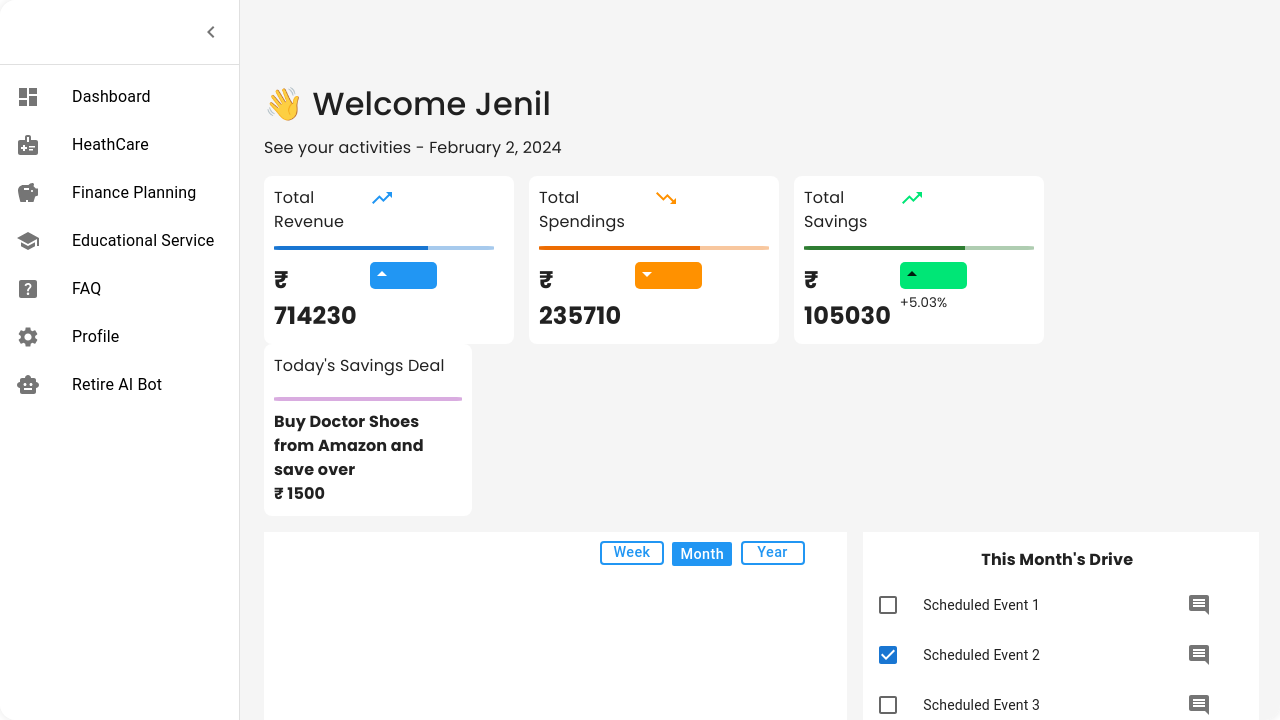
Repository: shubhampirate/Google_Solutions_Edural
Page: /dashboard
The author's editor kept a copy of each file at every save. The page is drawn from the files as they stood at one save, then again after the next save.
The browser window is 1280 px wide. The pictures show the whole page.
The page's requests for data from a server got no answer. An inner scrolling area shows only its first screen. The project was rebuilt for these pictures with package versions that can differ from the ones it lists, and the page was loaded fresh each time. Some packages were replaced by stand-ins written for this rebuild. No one was signed in, and anything a server would have sent is missing. Also part of the build but not shown: src/Components/CustomButton.jsx, src/Components/Navbar.jsx, src/Components/Footer.jsx, src/Components/CongratsCard.jsx, src/pages/Hero/Hero.jsx, src/pages/Sign_in.jsx.

Above is the page before, as saved 2024-02-03 17:23:58.

### src/index.js
import React from "react";
import ReactDOM from "react-dom/client";
import "./index.css";
import { GoogleOAuthProvider } from '@react-oauth/google';
import App from "./App";
import { BrowserRouter } from "react-router-dom";
const root = ReactDOM.createRoot(
    document.getElementById("root"));
root.render(
    <BrowserRouter>
<GoogleOAuthProvider clientId="730379698185-cv7a59sok9sod43v04ee6g6pt4gtaea2.apps.googleusercontent.com">
        {/* <React.StrictMode> */}
            <App />
        {/* </React.StrictMode> */}
    </GoogleOAuthProvider>
    </BrowserRouter>

);

### src/App.jsx
import Hero from "./pages/Hero/Hero";
import Dashboard from "./pages/Dashboard/Dashboard";
import SignIn from "./pages/Sign_in";
import {useState} from "react";
import { Route, Routes } from "react-router-dom";
function App() {
  return (
    <>
      {/* <Hero />   */}
      {/* <SignIn /> */}
      <Routes>
        <Route path="/signin" element={<><SignIn /></>} />
        <Route path="/dashboard" element={<><Dashboard /></>} />
        {/* <Route path="/education" element={<><Education /></>} /> */}
        {/* <Route path="/health" element={<><Health /></>} /> */}
        {/* <Route path="/profile" element={<><Profile /></>} /> */}
        {/* <Route path="/finance" element={<><Finance /></>} /> */}
        {/* <Route path="/questions" element={<><Questions /></>} /> */}
        {/* <Route path="/retireaibot" element={<><Bot /></>} /> */}
        <Route path="/" element={<><Hero /></>} />
      </Routes>
         </>
  );
}

export default App;

### src/pages/Dashboard/Dashboard.jsx
import * as React from 'react';
import { styled, createTheme, ThemeProvider } from '@mui/material/styles';
import CssBaseline from '@mui/material/CssBaseline';
import MuiDrawer from '@mui/material/Drawer';
import Box from '@mui/material/Box';
import MuiAppBar from '@mui/material/AppBar';
import Toolbar from '@mui/material/Toolbar';
import {
  LinearProgress, ListItem, CircularProgress, Checkbox, ListItemText, Dialog, DialogActions, DialogContent,
  DialogContentText, DialogTitle, ListItemIcon, ListItemButton
} from '@mui/material';
import TrendingUpIcon from '@mui/icons-material/TrendingUp';
// import { PieChart } from '@mui/x-charts/PieChart';
// import { useDrawingArea } from '@mui/x-charts/hooks';
import TrendingDownIcon from '@mui/icons-material/TrendingDown';
import List from '@mui/material/List';
import Divider from '@mui/material/Divider';
import IconButton from '@mui/material/IconButton';
import ArrowDropUpIcon from '@mui/icons-material/ArrowDropUp';
import ArrowDropDownIcon from '@mui/icons-material/ArrowDropDown';
import Grid from '@mui/material/Grid';
import MenuIcon from '@mui/icons-material/Menu';
import ChevronLeftIcon from '@mui/icons-material/ChevronLeft';
import { mainListItems } from '../../Components/listItems';
import axios from 'axios';
import Button from '@mui/material/Button';
import CommentIcon from '@mui/icons-material/Comment';
import Swal from 'sweetalert2';
import { useState } from 'react';
import { useEffect } from 'react';
// import { Bar } from "react-chartjs-2";
// import { BarElement, CategoryScale, Chart as ChartJS, Legend, LinearScale, Title, Tooltip } from "chart.js";
// import GoogleTranslateComponent from '../../Components/GoogleTranslateComponent';
// import csacc from "../../media/csacc.png"
// import creditscoremodel from "../../media/creditscoremodel.png"
// import creditflow from "../../media/creditflowchart.png"
// ChartJS.register(CategoryScale, LinearScale, BarElement, Title, Tooltip, Legend);

const drawerWidth = 240;

const AppBar = styled(MuiAppBar, {
  shouldForwardProp: (prop) => prop !== 'open',
})(({ theme, open }) => ({
  zIndex: theme.zIndex.drawer + 1,
  transition: theme.transitions.create(['width', 'margin'], {
    easing: theme.transitions.easing.sharp,
    duration: theme.transitions.duration.leavingScreen,
  }),
  ...(open && {
    marginLeft: drawerWidth,
    width: `calc(100% - ${drawerWidth}px)`,
    transition: theme.transitions.create(['width', 'margin'], {
      easing: theme.transitions.easing.sharp,
      duration: theme.transitions.duration.enteringScreen,
    }),
  }),
}));

const Drawer = styled(MuiDrawer, { shouldForwardProp: (prop) => prop !== 'open' })(
  ({ theme, open }) => ({
    '& .MuiDrawer-paper': {
      position: 'relative',
      whiteSpace: 'nowrap',
      width: drawerWidth,
      transition: theme.transitions.create('width', {
        easing: theme.transitions.easing.sharp,
        duration: theme.transitions.duration.enteringScreen,
      }),
      boxSizing: 'border-box',
      ...(!open && {
        overflowX: 'hidden',
        transition: theme.transitions.create('width', {
          easing: theme.transitions.easing.sharp,
          duration: theme.transitions.duration.leavingScreen,
        }),
        width: theme.spacing(7),
        [theme.breakpoints.up('sm')]: {
          width: theme.spacing(9),
        },
      }),
    },
  }),
);

var currentDate = new Date();

var months = [
  "January", "February", "March", "April", "May", "June",
  "July", "August", "September", "October", "November", "December"
];

var formattedDate = months[currentDate.getMonth()] + " " + currentDate.getDate() + ", " + currentDate.getFullYear();

const defaultTheme = createTheme();

export default function Dashboard() {
  const [open, setOpen] = React.useState(true);
  const toggleDrawer = () => {
    setOpen(!open);
  };

  const [expensedata, setExpensedata] = useState([])

  useEffect(() => {
    loadList();
  }, []);


  const loadList = async () => {
    const result = await axios.get(`https://wixstocle.pythonanywhere.com/api/expense/`, {
      headers: { "Authorization": `Token 11c868750d92deda81638c5a9a59177bdc7ae41a` },
    });
    console.log(result.data.data);
    setExpensedata(result.data.data);
  }

  const getLabels = () => expensedata.slice(-5).map(data => data.date);

  const getData = (key) => expensedata.slice(-5).map(data => data[key]);

  const optionsexpense = {
    indexAxis: 'x',
    elements: {
      bar: {
        borderWidth: 0,
      },
    },
    responsive: true,
    interaction: {
      mode: 'index',
      intersect: false,
    },
    scales: {
      x: {
        stacked: false,
      },
      y: {
        stacked: false,
      },
    },
    plugins: {
      legend: {
        position: 'top',
      }
    },
  };

  const dataexpense = {
    labels: getLabels(),
    datasets: [
      {
        label: 'Revenue',
        data: getData('income'),
        backgroundColor: '#2196f3',
      },
      {
        label: 'Spendings',
        data: getData('expense'),
        backgroundColor: '#ff9100',
      },
      {
        label: 'Savings',
        data: getData('savings'),
        backgroundColor: '#00e676',
      },
    ],
  };

  const today = new Date();
  const year = today.getFullYear();
  const month = String(today.getMonth() + 1).padStart(2, '0'); // Months are zero-based
  const day = String(today.getDate()).padStart(2, '0');

  const todayDate = `${year}-${month}-${day}`;

  const [userData, setUserData] = React.useState({
    income: '',
    savings: '',
    expense: '',
    date: todayDate,
    user: "tony@gmail.com"
  });

  const handleChangePlan = (field, value) => {
    setUserData((prevData) => ({ ...prevData, [field]: value }));
  };
  const creditscore = 87.4;

  const handlePostData = () => {
    console.log(userData);
    fetch(`https://wixstocle.pythonanywhere.com/api/expense/`, {
      method: 'POST',
      headers: {
        "Authorization": `Token 11c868750d92deda81638c5a9a59177bdc7ae41a`,
        'Content-Type': 'application/json',
      },
      body: JSON.stringify(userData),
    })
      .then((response) => response.json())
      .then((data) => {
        // console.log(data);
        if (data.status == true) {
          Swal.fire({
            icon: 'success',
            title: 'Successfully Saved the details',
            showConfirmButton: false,
            timer: 3000
          })
          setExpensedata([...expensedata, userData]);
        }
        else {
          Swal.fire({
            icon: 'error',
            title: data.message,
            showConfirmButton: false,
            timer: 3000
          })
        }
      });
  };


//   function PieCenterLabel({ children }) {
//     const { width, height, left, top } = useDrawingArea();
//     return (
//       <StyledText x={left + width / 2} y={top + height / 2}>
//         {children}
//       </StyledText>
//     );
//   }

  const [checked, setChecked] = React.useState([1]);

  const handleToggle = (value) => () => {
    const currentIndex = checked.indexOf(value);
    const newChecked = [...checked];

    if (currentIndex === -1) {
      newChecked.push(value);
    } else {
      newChecked.splice(currentIndex, 1);
    }

    setChecked(newChecked);
  };

//   const [openDia, setOpenDia] = useState(false);
//   const handleClickOpenDia = () => { setOpenDia(true); };
//   const handleCloseDia = () => { setOpenDia(false); };


  return (
    <ThemeProvider theme={defaultTheme}>
      <Box sx={{ display: 'flex', borderRadius: '16px', overflow: 'hidden', boxShadow: '0px 0px 10px rgba(0, 0, 0, 0.1)' }} >
        <CssBaseline />
        <AppBar position="absolute" open={open} sx={{ backgroundColor: "whitesmoke", boxShadow: 'none' }}>
          <Toolbar
            sx={{
              pr: '24px', // keep right padding when drawer closed
              display: 'flex',
              alignItems: 'center',
              justifyContent: 'space-between',
            }}>
            <Box sx={{ display: 'flex', alignItems: 'center' }}>
              <IconButton
                edge="start"
                aria-label="open drawer"
                onClick={toggleDrawer}
                sx={{
                  marginRight: '36px',
                  ...(open && { display: 'none' }),
                  backgroundColor: "#fff"
                }}>
                <MenuIcon />
              </IconButton>
            </Box>
          </Toolbar>
        </AppBar>
        <Drawer variant="permanent" open={open}>
          <Toolbar
            sx={{
              display: 'flex',
              alignItems: 'center',
              justifyContent: 'flex-end',
              px: [1],
            }}
          >
            {/* <GoogleTranslateComponent /> */}
            <IconButton onClick={toggleDrawer}>
              <ChevronLeftIcon />
            </IconButton>
          </Toolbar>
          <Divider />
          <List component="nav">
            {mainListItems}
          </List>
        </Drawer>
        <Box
          component="main"
          sx={{
            backgroundColor: (theme) =>
              theme.palette.mode === 'light'
                ? theme.palette.grey[100]
                : theme.palette.grey[900],
            flexGrow: 1,
            height: '100vh',
            overflow: 'auto',
          }}>
          <Toolbar />
          <Grid container spacing={2} marginTop="0.02rem" paddingLeft={3} paddingRight={2}>
            <Grid item xs={12}>
              <div style={{ fontSize: "2rem", fontWeight: "500" }}>👋 Welcome Jenil</div>
            </Grid>
            <Grid item xs={12} marginTop="-0.5rem">
              <div>See your activities - {formattedDate} </div>
            </Grid>
          </Grid>
          <Grid container spacing={2} marginTop="1rem" paddingLeft={5} paddingRight={2}>
            <Grid item xs={12} md={3} style={{ backgroundColor: "white", padding: "10px", marginRight: "15px", borderRadius: "0.5rem" }}>
              <Grid item xs={12}>
                <Grid container>
                  <Grid item xs={5}><div>Total Revenue</div></Grid>
                  <Grid item xs={4}><TrendingUpIcon sx={{ color: "#2196f3" }} /></Grid>
                </Grid>
                <Grid item xs={12}>
                  <LinearProgress variant="determinate" value={70} sx={{ color: "#2196f3", borderRadius: "10%", margin: "12px 10px 12px 0px" }} />
                </Grid>
                <Grid item xs={12}>
                  <Grid container>
                    <Grid item xs={5}>
                      {!loadList ? <><div style={{ fontSize: "1.5rem", fontWeight: "550" }}>
                        ₹ {expensedata[0].income + expensedata[1].income + expensedata[2].income + expensedata[3].income + expensedata[4].income + expensedata[5].income}</div>
                      </> : <div style={{ fontSize: "1.5rem", fontWeight: "550" }}>₹ 714230</div>}
                    </Grid>
                    <Grid item xs={3.5} style={{ backgroundColor: "#2196f3", color: "white", borderRadius: "5px", height: "1.65rem" }}>
                      <ArrowDropUpIcon /> <sup>+3.17%</sup>
                    </Grid>
                  </Grid>
                </Grid>
              </Grid>
            </Grid>
            <Grid item xs={12} md={3} style={{ backgroundColor: "white", padding: "10px", marginRight: "15px", borderRadius: "0.5rem" }}>
              <Grid item xs={12}>
                <Grid container>
                  <Grid item xs={6}><div>Total Spendings</div></Grid>
                  <Grid item xs={4}><TrendingDownIcon sx={{ color: "#ff9100" }} /></Grid>
                </Grid>
                <Grid item xs={12}>
                  <LinearProgress variant="determinate" value={70} color='warning' sx={{ borderRadius: "10%", margin: "12px 0px" }} />
                </Grid>
                <Grid item xs={12}>
                  <Grid container>
                    <Grid item xs={5}>
                      {!loadList ? <><div style={{ fontSize: "1.5rem", fontWeight: "550" }}>
                        ₹ {expensedata[0].income + expensedata[1].income + expensedata[2].income + expensedata[3].income + expensedata[4].income + expensedata[5].income}</div>
                      </> : <div style={{ fontSize: "1.5rem", fontWeight: "550" }}>₹ 235710</div>}
                    </Grid>
                    <Grid item xs={3.5} style={{ backgroundColor: "#ff9100", color: "white", borderRadius: "5px", height: "1.65rem" }}>
                      <ArrowDropDownIcon /> <sup>+3.17%</sup>
                    </Grid>
                  </Grid>
                </Grid>
              </Grid>
            </Grid>
            <Grid item xs={12} md={3} style={{ backgroundColor: "white", padding: "10px", marginRight: "15px", borderRadius: "0.5rem" }}>
              <Grid item xs={12}>
                <Grid container>
                  <Grid item xs={5}><div>Total Savings</div></Grid>
                  <Grid item xs={4}><TrendingUpIcon sx={{ color: "#00e676" }} /></Grid>
                </Grid>
                <Grid item xs={12}>
                  <LinearProgress variant="determinate" value={70} color="success" style={{ borderRadius: "10%", margin: "12px 0px" }} />
                </Grid>
                <Grid item xs={12}>
                  <Grid container>
                    <Grid item xs={5}>
                      {!loadList ? <><div style={{ fontSize: "1.5rem", fontWeight: "550" }}>
                        ₹ {expensedata[0].income + expensedata[1].income + expensedata[2].income + expensedata[3].income + expensedata[4].income + expensedata[5].income}</div>
                      </> : <div style={{ fontSize: "1.5rem", fontWeight: "550" }}>₹ 105030</div>}
                    </Grid>
                    <Grid item xs={3.5} style={{ backgroundColor: "#00e676", borderRadius: "5px", height: "1.65rem" }}>
                      <ArrowDropUpIcon /> <sup>+5.03%</sup>
                    </Grid>
                  </Grid>
                </Grid>
              </Grid>
            </Grid>
            <Grid item xs={12} md={2.5} style={{ backgroundColor: "white", padding: "10px", borderRadius: "0.5rem" }}>
              <Grid container spacing={2}>
                <Grid item xs={12}>Today's Savings Deal</Grid>
                <Grid item xs={12}>
                  <LinearProgress variant="determinate" value={0} color='secondary' sx={{ borderRadius: "10%", margin: "3px 0px" }} />
                </Grid>
                <Grid item xs={12} sx={{ fontWeight: "550", marginTop: "-10px" }}>Buy Doctor Shoes from Amazon and save over <br />₹ 1500</Grid>
              </Grid>
            </Grid>
          </Grid>
          <Grid container spacing={2} marginTop="1rem" paddingLeft={5} paddingRight={2} marginBottom={2}>
            <Grid item xs={7} sx={{ backgroundColor: "white", padding: "5px", marginRight: "1rem" }}>
              <Grid container spacing={2} padding={1}>
                <Grid xs={7}></Grid>
                <Grid xs={1.5}><Button style={{
                  borderColor: "#2196f3", color: "#2196f3", height: "1.5rem", textTransform: "capitalize",
                  fontSize: "0.9rem", border: "2px solid", textAlign: "left"
                }}>Week</Button></Grid>
                <Grid xs={1.5}><Button style={{
                  backgroundColor: "#2196f3", color: "white", height: "1.75rem", textTransform: "capitalize",
                  fontSize: "0.9rem", border: "2px solid", textAlign: "left"
                }}>Month</Button></Grid>
                <Grid xs={1}><Button style={{
                  borderColor: "#2196f3", color: "#2196f3", height: "1.5rem", textTransform: "capitalize",
                  fontSize: "0.9rem", border: "2px solid", textAlign: "left"
                }}>Year</Button></Grid>
                <Grid xs={12} marginTop={2}>
                  {/* <Bar options={optionsexpense} data={dataexpense} /> */}
                </Grid>
              </Grid>
            </Grid>
            <Grid item xs={4.75} >
              <Grid container spacing={2} >

                <Grid item xs={12}>
                  <Grid container spacing={2} sx={{ backgroundColor: "white", marginBottom: "0.5rem" }}>
                    <Grid item xs={12} style={{ textAlign: "center", marginLeft: "-0.75rem", fontWeight: "600" }}>This Month's Drive</Grid>
                    <List sx={{ width: '100%', maxWidth: 360, bgcolor: 'background.paper' }}>
                      {[0, 1, 2].map((value) => {
                        const labelId = `checkbox-list-label-${value}`;
                        return (
                          <ListItem
                            key={value}
                            secondaryAction={
                              <IconButton edge="end" aria-label="comments">
                                <CommentIcon />
                              </IconButton>
                            }
                            disablePadding
                          >
                            <ListItemButton role={undefined} onClick={handleToggle(value)} dense>
                              <ListItemIcon>
                                <Checkbox
                                  edge="start"
                                  checked={checked.indexOf(value) !== -1}
                                  tabIndex={-1}
                                  disableRipple
                                  inputProps={{ 'aria-labelledby': labelId }}
                                />
                              </ListItemIcon>
                              <ListItemText id={labelId} style={{ marginLeft: "-0.75rem" }} primary={`Scheduled Event ${value + 1}`} />
                            </ListItemButton>
                          </ListItem>
                        );
                      })}
                    </List>
                  </Grid>
                </Grid>
              </Grid>
            </Grid>
          </Grid>

        </Box>
      </Box >
    </ThemeProvider >
  );
}

### src/Components/listItems.jsx
import * as React from 'react';
import ListItemButton from '@mui/material/ListItemButton';
import ListItemIcon from '@mui/material/ListItemIcon';
import ListItemText from '@mui/material/ListItemText';
import DashboardIcon from '@mui/icons-material/Dashboard';
import MedicalInformationIcon from '@mui/icons-material/MedicalInformation';
import SavingsIcon from '@mui/icons-material/Savings';
import SchoolIcon from '@mui/icons-material/School';
import HelpCenterIcon from '@mui/icons-material/HelpCenter';
import SettingsIcon from '@mui/icons-material/Settings';
import SmartToyIcon from '@mui/icons-material/SmartToy';
import { Link } from 'react-router-dom';
// import GoogleTranslateComponent from './GoogleTranslateComponent';


export const mainListItems = (
  <>
    <React.Fragment>
      <Link to="/dashboard" style={{ textDecoration: "none", color: "black" }}>
        <ListItemButton>
          <ListItemIcon>
            <DashboardIcon />
          </ListItemIcon>
          <ListItemText primary="Dashboard" />
        </ListItemButton>
      </Link>
      <Link to="/health" style={{ textDecoration: "none", color: "black" }}>
        <ListItemButton>
          <ListItemIcon>
            <MedicalInformationIcon />
          </ListItemIcon>
          <ListItemText primary="HeathCare" />
        </ListItemButton>
      </Link>
      <Link to="/finance" style={{ textDecoration: "none", color: "black" }}>
        <ListItemButton>
          <ListItemIcon>
            <SavingsIcon />
          </ListItemIcon>
          <ListItemText primary="Finance Planning" />
        </ListItemButton>
      </Link>
      <Link to="/education" style={{ textDecoration: "none", color: "black" }}>
        <ListItemButton>
          <ListItemIcon>
            <SchoolIcon />
          </ListItemIcon>
          <ListItemText primary="Educational Service" />
        </ListItemButton>
      </Link>
      <Link to="/questions" style={{ textDecoration: "none", color: "black" }}>
        <ListItemButton>
          <ListItemIcon>
            <HelpCenterIcon />
          </ListItemIcon>
          <ListItemText primary="FAQ" />
        </ListItemButton>
      </Link>
      <Link to="/profile" style={{ textDecoration: "none", color: "black" }}>
        <ListItemButton>
          <ListItemIcon>
            <SettingsIcon />
          </ListItemIcon>
          <ListItemText primary="Profile" />
        </ListItemButton>
      </Link>
      <Link to="/retireaibot" style={{ textDecoration: "none", color: "black" }}>
        <ListItemButton>
          <ListItemIcon>
            <SmartToyIcon />
          </ListItemIcon>
          <ListItemText primary="Retire AI Bot" />
        </ListItemButton>
      </Link>
    </React.Fragment >
  </>
);

// export const secondaryListItems = (
//   <React.Fragment>
//     <ListSubheader component="div" inset>
//       Saved reports
//     </ListSubheader>
//     <ListItemButton>
//       <ListItemIcon>
//         <AssignmentIcon />
//       </ListItemIcon>
//       <ListItemText primary="Current month" />
//     </ListItemButton>
//     <ListItemButton>
//       <ListItemIcon>
//         <AssignmentIcon />
//       </ListItemIcon>
//       <ListItemText primary="Last quarter" />
//     </ListItemButton>
//     <ListItemButton>
//       <ListItemIcon>
//         <AssignmentIcon />
//       </ListItemIcon>
//       <ListItemText primary="Year-end sale" />
//     </ListItemButton>
//   </React.Fragment>
// );

Loaded but not shown: public/index.html (common file); src/index.css (common file)

After the next save:
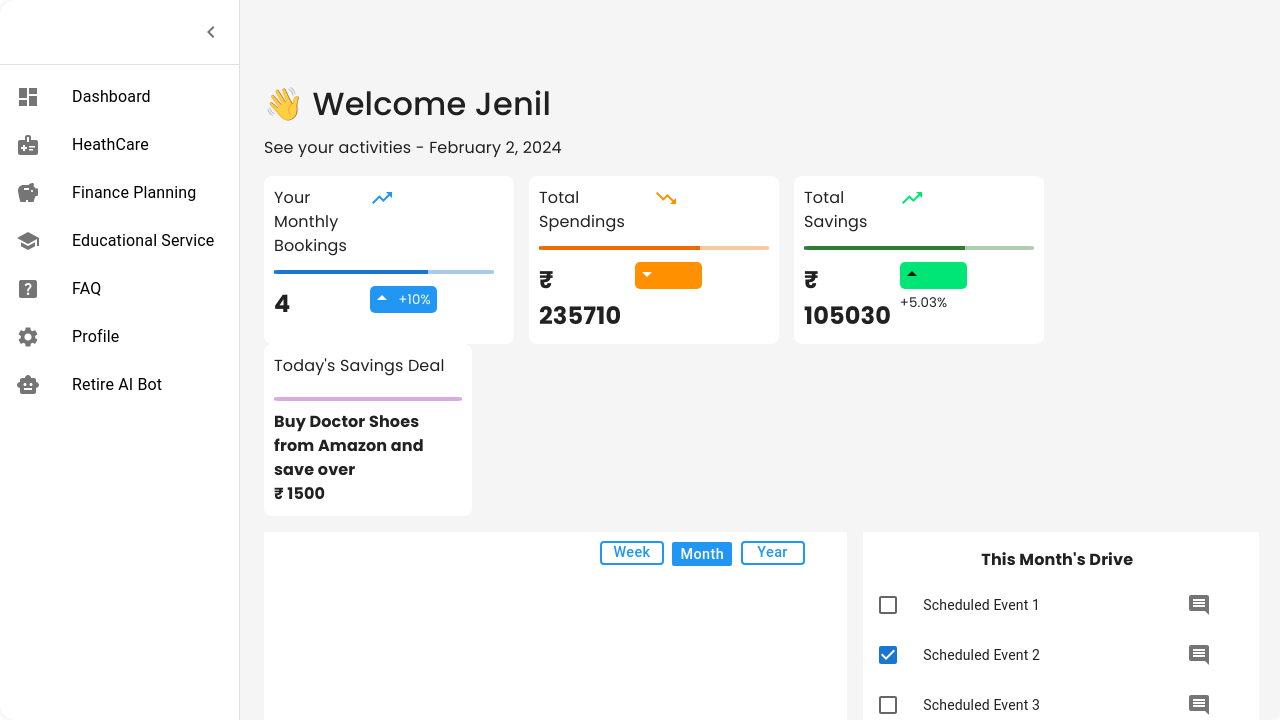
Saved 104 s later.
--- a/src/pages/Dashboard/Dashboard.jsx
+++ b/src/pages/Dashboard/Dashboard.jsx
@@ -319,7 +319,7 @@ export default function Dashboard() {
             <Grid item xs={12} md={3} style={{ backgroundColor: "white", padding: "10px", marginRight: "15px", borderRadius: "0.5rem" }}>
               <Grid item xs={12}>
                 <Grid container>
-                  <Grid item xs={5}><div>Total Revenue</div></Grid>
+                  <Grid item xs={5}><div>Your Monthly Bookings</div></Grid>
                   <Grid item xs={4}><TrendingUpIcon sx={{ color: "#2196f3" }} /></Grid>
                 </Grid>
                 <Grid item xs={12}>
@@ -330,10 +330,10 @@ export default function Dashboard() {
                     <Grid item xs={5}>
                       {!loadList ? <><div style={{ fontSize: "1.5rem", fontWeight: "550" }}>
                         ₹ {expensedata[0].income + expensedata[1].income + expensedata[2].income + expensedata[3].income + expensedata[4].income + expensedata[5].income}</div>
-                      </> : <div style={{ fontSize: "1.5rem", fontWeight: "550" }}>₹ 714230</div>}
+                      </> : <div style={{ fontSize: "1.5rem", fontWeight: "550" }}> 4</div>}
                     </Grid>
                     <Grid item xs={3.5} style={{ backgroundColor: "#2196f3", color: "white", borderRadius: "5px", height: "1.65rem" }}>
-                      <ArrowDropUpIcon /> <sup>+3.17%</sup>
+                      <ArrowDropUpIcon /> <sup>+10%</sup>
                     </Grid>
                   </Grid>
                 </Grid>
